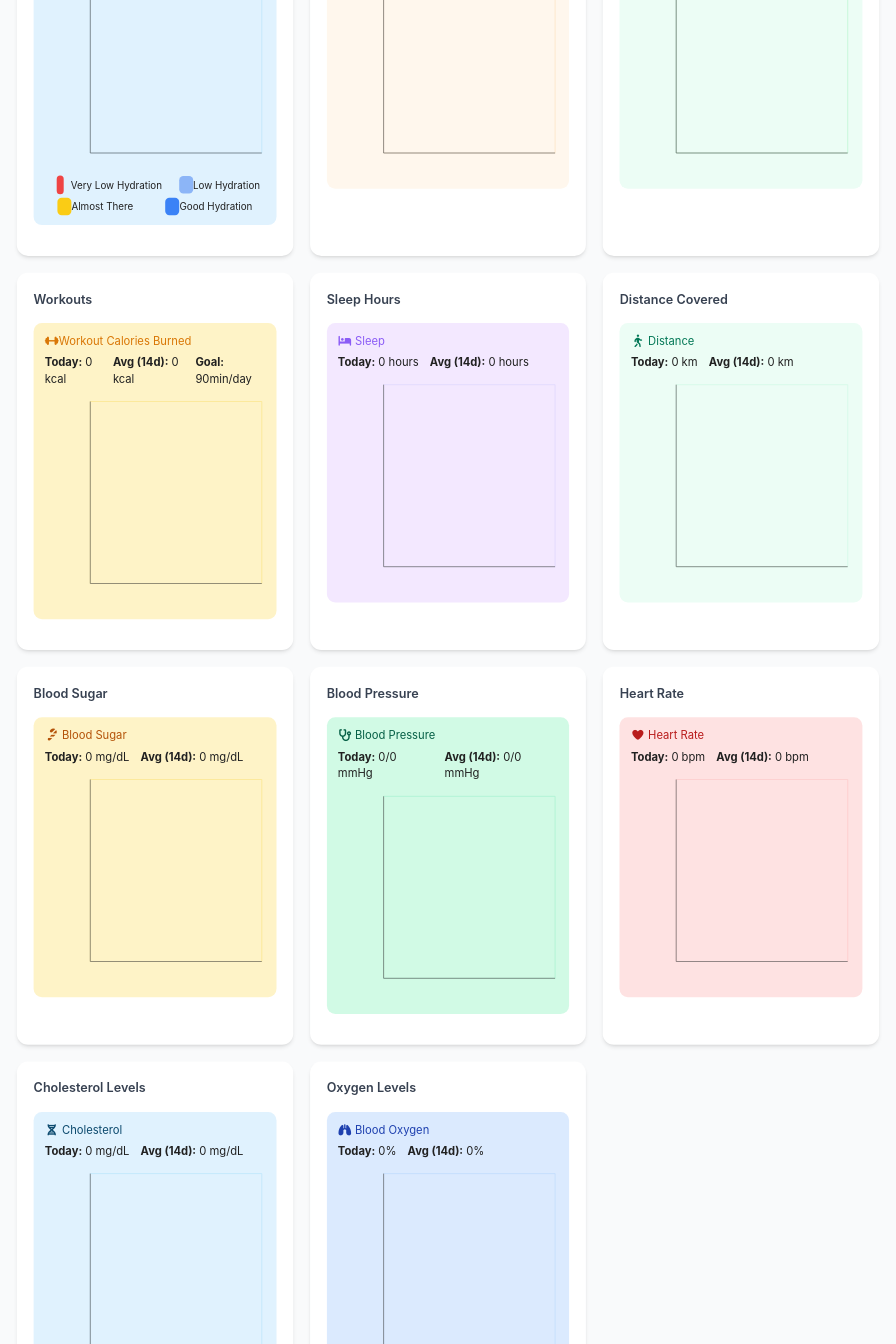
Repository: bhumikamourya/health-monitoring-application
Page: /dashboard (app in frontend/)
These files come from the project's save history. The page is drawn as it stood at one moment and after the next save; the edit follows.
The browser window is 1280 px wide. The pictures show the part of the page from y = 442 to 2362 px (the page is 2573 px tall before and 2605 px after), at 70% of full size.
The page's requests for data from a server got no answer. Some web libraries are served in a nearby version. The project was rebuilt for these pictures with package versions that can differ from the ones it lists, and the page was loaded fresh each time. No one was signed in, and anything a server would have sent is missing. Also part of the build but not shown: frontend/src/components/Home/particleBackground.js, frontend/src/components/Home/Component1.js, frontend/src/components/Home/Component2.js, frontend/src/components/Home/Component3.js, frontend/src/components/Home/Component4.js, frontend/src/components/Home/HomePage.js, frontend/src/components/Blog/Component1.js, frontend/src/components/Blog/Component2.js and 16 more.

Above is the page before, as saved 2025-10-14 19:00:37.

After the next save:
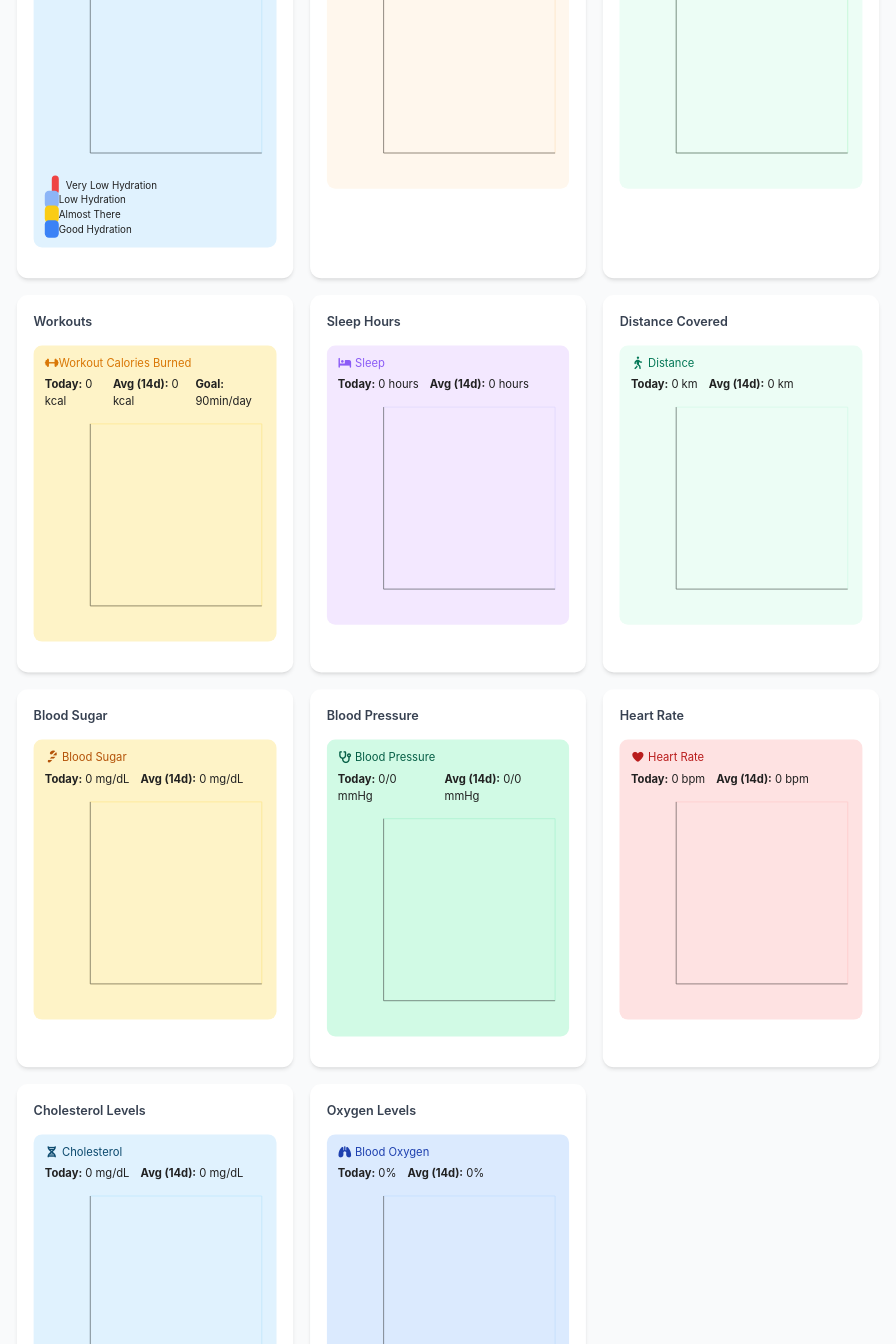
Saved 15 s later.
--- a/frontend/src/components/Charts/fitnessCharts.js
+++ b/frontend/src/components/Charts/fitnessCharts.js
@@ -60,7 +60,7 @@
       <div
         style={{
           // marginTop: 16,
-          display: "flex",
+          // display: "flex",
           justifyContent: "space-around",
           flexWrap: "wrap",
           gap: 10,

After the save that followed:
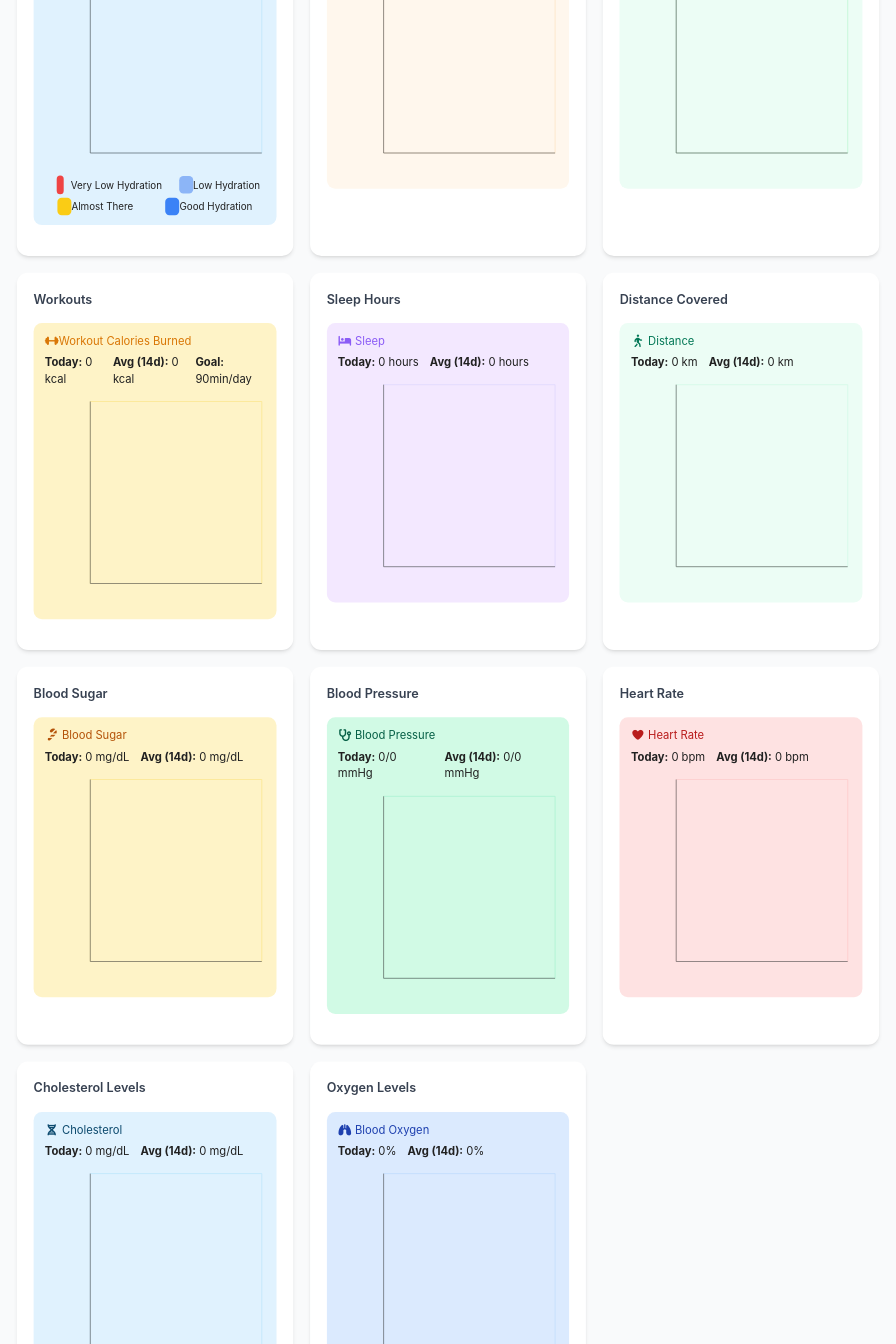
Saved 8 s later.
--- a/frontend/src/components/Charts/fitnessCharts.js
+++ b/frontend/src/components/Charts/fitnessCharts.js
@@ -60,7 +60,7 @@
       <div
         style={{
           // marginTop: 16,
-          // display: "flex",
+          display: "flex",
           justifyContent: "space-around",
           flexWrap: "wrap",
           gap: 10,
